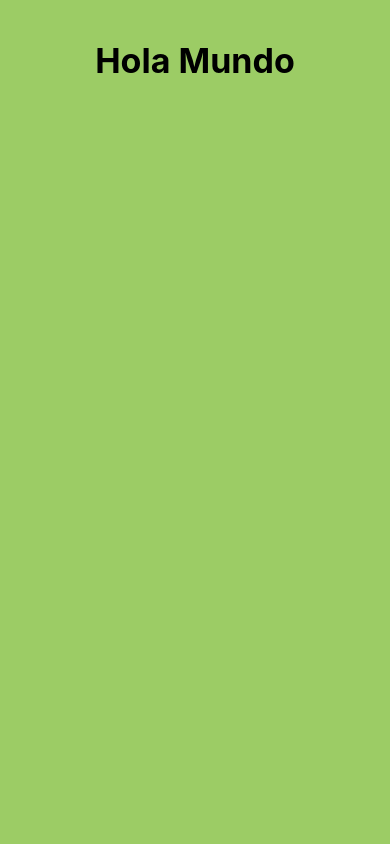
Repository: AleMicky/citas
Screen: /
An editor plug-in stored every save of this project. The screen is shown before and after the next save, followed by the edit.
The app was drawn by React Native's web renderer in a window 390 px wide. The project was rebuilt for these pictures with package versions that can differ from the ones it lists, and the page was loaded fresh each time.

Above is the screen before, as saved 2020-06-26 23:47:17.

After the next save:
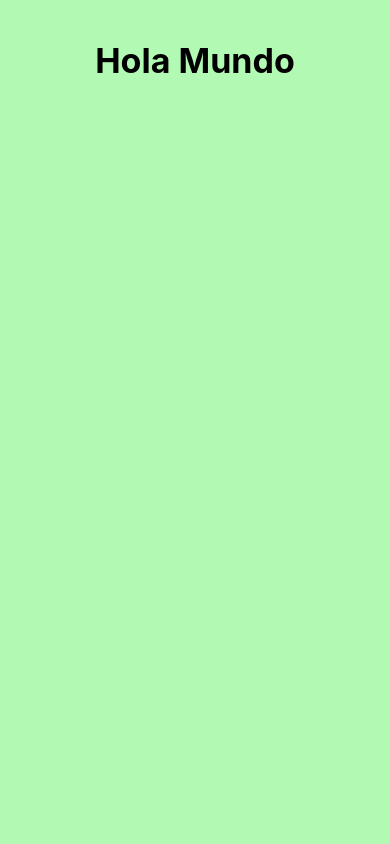
Saved 5 min 37 s later.
--- a/App.js
+++ b/App.js
@@ -2,6 +2,9 @@ import React from 'react'
 import { View, Text, StyleSheet } from 'react-native'
 
 export default function App() {
+
+  const [citas, setCitas] = React.useState()
+
   return (
     <View style={styles.contenedor}>
         <Text style={styles.titulo}>Hola Mundo</Text>
@@ -12,7 +15,7 @@ export default function App() {
 const styles = StyleSheet.create({
   contenedor:{
     flex:1,
-    backgroundColor:'#9ccc65'
+    backgroundColor:'#b2fab4'
   },
   titulo:{
     marginTop:40,
